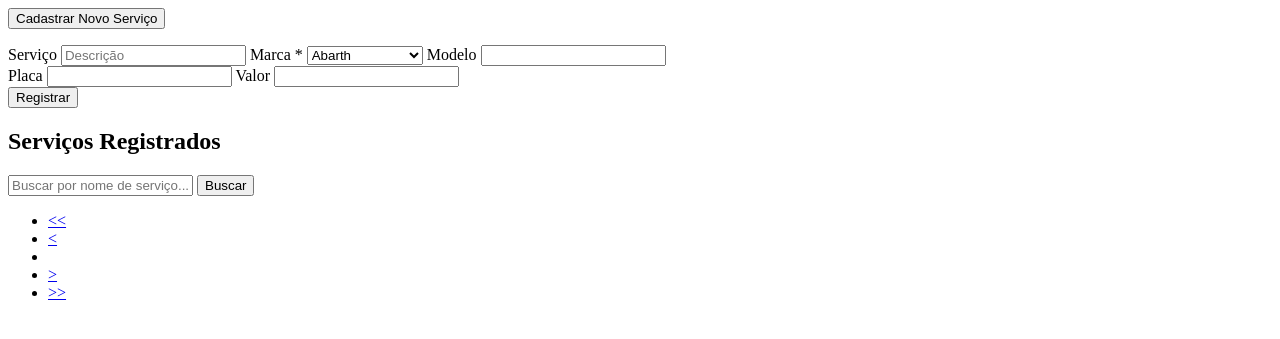
Repository: DanielGMT/AutoCenter-2.0
Page: http://localhost/Biblioteca/resources/admin/autor/content.jsp
The author's editor kept a copy of each file at every save. The page is drawn from the files as they stood at one save, then again after the next save.
The browser window is 1280 px wide. The pictures show the whole page.
The page is served by Tomcat 9. Other server files are loaded and not shown.

Above is the page before, as saved 2022-03-08 20:18:32.
Console error: ReferenceError: SENAI is not defined

### Biblioteca/WebContent/resources/admin/autor/content.jsp
<script type="text/javascript" src="autor/js/autor.js"></script>

<div id="cadastrarAutor">
	<p>
		<button class="btn btn-primary" id="downButton" type="button"
			data-toggle="collapse" data-target="#collapseExample"
			aria-expanded="false" aria-controls="collapseExample">
			Cadastrar Novo Serviço <span class="caret"></span>
		</button>
	</p>
</div>
<div class="collapse" id="collapseExample">
	<form>
		<div class="form-group">
			<label for="exampleInputEmail1">Serviço</label> <input
				class="form-control" id="inputname" placeholder="Descrição">
					<label class="control-label" for="nome">Marca *</label>
				<select class="form-control" name="marca" id="inputmarca" autocomplete="off"
				minlength="3" maxlength="25" maxlength="25">
				<option value="Abarth">Abarth</option>
				<option value="Alfa Romeo">Alfa Romeo</option>
				<option value="Alpine">Alpine</option>
				<option value="Aston Martin">Aston Martin</option>
				<option value="Audi">Audi</option>
				<option value="Bentley">Bentley</option>
				<option value="BMW">BMW</option>
				<option value="Citroën">Citroën</option>
				<option value="Chevrolet">Chevrolet</option>
				<option value="Cupra">Cupra</option>
				<option value="Dacia">Dacia</option>
				<option value="DS">DS</option>
				<option value="Ferrari">Ferrari</option>
				<option value="Fiat">Fiat</option>
				<option value="Ford">Ford</option>
				<option value="Hafei">Hafei</option>
				<option value="Honda">Honda</option>
				<option value="Hyundai">Hyundai</option>
				<option value="Jaguar">Jaguar</option>
				<option value="JEEP">JEEP</option>
				<option value="KIA">KIA</option>
				<option value="Lamborghini">Lamborghini</option>
				<option value="Land Rover">Land Rover</option>
				<option value="Lexus">Lexus</option>
				<option value="Lifan">Lifan</option>
				<option value="Maserati">Maserati</option>
				<option value="Mazda">Mazda</option>
				<option value="Mercedes-Benz">Mercedes-Benz</option>
				<option value="MG">MG</option>
				<option value="MINI">MINI</option>
				<option value="Mitsubishi">Mitsubishi</option>
				<option value="Nissan">Nissan</option>
				<option value="Opel">Opel</option>
				<option value="Peugeot">Peugeot</option>
				<option value="Porsche">Porsche</option>
				<option value="Renault">Renault</option>
				<option value="SEAT">SEAT</option>
				<option value="Skoda">Skoda</option>
				<option value="Smart">Smart</option>
				<option value="Suzuki">Suzuki</option>
				<option value="Subaru">Subaru</option>
				<option value="TESLA">TESLA</option>
				<option value="Toyota">Toyota</option>
				<option value="Volkswagen">Volkswagen</option>
				<option value="Volvo">Volvo</option>
			</select>
		<label for="exampleInputEmail1">Modelo</label> <input
				class="form-control" id="inputmodelo">
		</div>
		<label for="placa">Placa</label> <input
				class="form-control" id="inputname">
		<label for="valor">Valor</label> <input
				class="form-control" id="inputname">
		<div id="entrar">
			<button type="button" id="add-new"
				onclick="SENAI.biblioteca.cadastrarServico()" class="btn btn-primary">Registrar</button>
		</div>
	</form>
</div>
<div class="table-wrapper">
	<div class="col-md-12">
		<h2 class="pt-3 pb-4 text-center font-bold font-up deep-purple-text">Serviços
			Registrados</h2>
		<div id="divBusca">
			<input type="text" class='form-control' id="searchBar" placeholder="Buscar por nome de serviço..." />
			<button id="searchButton" OnClick="SENAI.biblioteca.buscarAutor()">Buscar</button>
		</div>
	</div>
	<div class="resultadoAutores"></div>
<ul class="pagination">
    <li class="page-item">
      <a class="first" href="#"><<</a>
    </li>
    <li class="page-item">
      <a class="prev" href="#"><</a>
    </li>
   <li class="numbers">

   </li>
    <li class="page-item">
      <a class="next" href="#">></a>
    </li>
    <li class="page-item">
      <a class="last" href="#">>></a>
    </li>
  </ul>
	<div class="clearfix">
		<div class="hint-text"></div>

	</div>
</div>
<div id="editarServico" style="display: none">
	<label>Serviço:</label> <input id="servicoEdit" class='form-control' name="servico" type="text">
	<input name="idServico" id="idAutorEdit" type="hidden">
	<label>Marca:</label> <input id="marcaEdit" class='form-control' name="marca" type="text">
	<input name="idMarca" id="idMarcaEdit" type="hidden">
	<label>Modelo:</label> <input id="modeloEdit" class='form-control' name="modelo" type="text">
	<input name="idModelo" id="idModeloEdit" type="hidden">
	<label>Placa:</label> <input id="placaEdit" class='form-control' name="placa" type="text">
	<input name="idPlaca" id="idPlacaEdit" type="hidden">
	<label>Valor:</label> <input id="valorEdit" class='form-control' name="valor" type="text">
	<input name="idValor" id="idValorEdit" type="hidden">
</div>

<div id="msg" style="display: none"></div>

### Biblioteca/WebContent/resources/admin/autor/js/autor.js
SENAI.biblioteca = new Object();

$(document)
		.ready(
				function() {
					SENAI.biblioteca.cadastrarServico = function() {

						var novoAutor = new Object();
						novoAutor.nome = $("#inputname").val();

						var cfgajax = {
							url : "../../rest/bibliotecaRest/addAutor",
							data : novoAutor,

							success : function(msg) {
								var cfg = {
									title : "Mensagem",
									height : 250,
									width : 400,
									modal : true,
									buttons : {
										"OK" : function() {
											$(this).dialog("close");
										}
									}
								};
								$("#msg").html(msg);
								$("#msg").dialog(cfg);

								SENAI.biblioteca.buscarAutor();
							},

							error : function(err) {
								alert("Erro ao cadastrar um novo autor!"
										+ err.responseText);
							}

						};

						SENAI.ajax.post(cfgajax);
					};

					SENAI.biblioteca.buscarAutor = function() {
						var valorBusca = $("#searchBar").val();
						SENAI.biblioteca.exibirAutores(undefined, valorBusca);
					};


					SENAI.biblioteca.exibirAutores = function(listaDeAutores,
							valorBusca) {
						var search = document.getElementById("searchBar");
						search.addEventListener("keyup", function(event) {
						  if (event.keyCode === 13) {
						   event.preventDefault();
						   document.getElementById("searchButton").click();
						  }
						});
						var html = "<table class='table table-bordered'>";
						html += "<tr><th>Nome</th><th id='acao'>Ações</th></tr>";
						if (listaDeAutores != undefined
								&& listaDeAutores.length > 0) {

							let perPage = 12
							const state = {
							  page: 1,
							  perPage,

							  totalPage: Math.ceil(listaDeAutores.length / perPage),
							  maxVisibleButtons: 5
							}

						 const html = {
									get(element){
										return document.querySelector(element)
									}
							}






							const controls = {
							  next(){
							    state.page++

							    const lastPage = state.page > state.totalPage
							    if(lastPage) {
							    	state.page--
							    }
							  },
							  prev(){
								  state.page--
								  if(state.page < 1){
									  state.page++
								  }
							  },
							  goTo(page){
								 state.page = +page
							   },

							  createListeners() {


								  html.get('.next').addEventListener('click', () => {
									  controls.next()
									  update()
								  })

								  html.get('.prev').addEventListener('click', () => {
									  controls.prev()
									  update()
								  })

								 html.get('.last').addEventListener('click', () => {
									  controls.goTo(state.totalPage)
									  update()
								  })

								  html.get('.first').addEventListener('click', () => {
									  controls.goTo(1)
									  update()
								  })}


							}

							var str1 = "";

							var n = "";
							var date = new Date();
							var str2 = new Date();
							var dd = String(str2.getDate()).padStart(2, '0');
							var mm = String(str2.getMonth() + 1).padStart(2, '0'); //January is 0!
							var yyyy = str2.getFullYear();

							const list = {

									create(item){

										html.get('.fleinin').innerHTML += "<tr><td>"
											+ item.nome
											+ "</td>"
											+ "<td><a class = 'edit' onclick = 'SENAI.biblioteca.editarAutor("
											+ item.id
											+ "); '>"
											+ "<i class='glyphicon glyphicon-pencil'></i></a>"
											+ "<a class = 'delete' onclick = 'SENAI.biblioteca.deletarAutor("
											+ item.id
											+ ")'>"
											+ "<i class='glyphicon glyphicon-trash'></i></a></td></tr>";


							},
							createTable(){
								const table = document.createElement('table')
								table.classList.add('table')
								table.classList.add('table-bordered')

								table.innerHTML += "<tbody class ='fleinin'><tr><th>Nome</th><th>Ações</th></tr>"
								+ "</tbody>";
								html.get('.resultadoAutores').appendChild(table);
							},
							update(){

								 html.get('.resultadoAutores').innerHTML = ""
									 list.createTable()
								let page = state.page - 1
								let start = page * state.perPage
								let end = start + state.perPage
								const paginatedItems = listaDeAutores.slice(start, end)

								paginatedItems.forEach(list.create);
							 }

					 	}

						const buttons = {
								element: html.get('.pagination .numbers'),
								create(number) {
									const button = document.createElement('a')

									button.innerHTML = number;

									if(state.page == number){
										button.classList.add('active')
									}

									button.addEventListener('click', (event) => {
										const page = event.target.innerText

										controls.goTo(page)
										update()
									})

									buttons.element.appendChild(button)
								},
								update() {
									buttons.element.innerHTML = ""
										const {maxLeft, maxRight} = buttons.calculateMaxVisible()


										for(let page = maxLeft; page<=maxRight; page++){
											buttons.create(page)
										}
								},
								calculateMaxVisible(){
									const { maxVisibleButtons } = state
									let maxLeft = (state.page - Math.floor(maxVisibleButtons / 2))
									let maxRight = (state.page + Math.floor(maxVisibleButtons / 2))
								 if(maxLeft < 1){
									 maxLeft = 1
									 maxRight = maxVisibleButtons
								 }
									if(maxRight > state.totalPage){
										maxLeft = state.totalPage - (maxVisibleButtons - 1)
										maxRight = state.totalPage

										if(maxLeft < 1){
											maxLeft = 1
										}
									}

									return {maxLeft, maxRight}
								}
						}

						function update() {
							list.update()
					 		buttons.update()
					 	}

					 	function init(){
					 		update()
					 		controls.createListeners()
					 	}

					 	init();


						} else {
							if (listaDeAutores == undefined) {
								if (valorBusca == "") {
									valorBusca = null;
								}
								var cfg = {
									type : "POST",
									url : "../../rest/bibliotecaRest/buscarAutoresPorNome/"
											+ valorBusca,
									success : function(listaDeAutores) {
										SENAI.biblioteca
												.exibirAutores(listaDeAutores);
									},
									error : function(err) {
										alert("Erro ao consultar os autores: "
												+ err.responseText);
									}
								};

								SENAI.ajax.post(cfg);
							} else {
								const html = {
										get(element){
											return document.querySelector(element)
										}
								}
								html.get('.resultadoAutores').innerHTML = "<span><label><font color='red'> Nenhum registro encontrado. </font></label></span>";

							}
						}

					};

					SENAI.biblioteca.exibirAutores(undefined, "");

					SENAI.biblioteca.deletarAutor = function(id) {
						msg = "Tem certeza que deseja excluir este autor?"
							var cfg = {
									title : "Mensagem",
									height : 250,
									width : 400,
									modal : true,
									buttons : {
										"Não" : function() {
											$(this).dialog("close");
										},
										"Sim" : function(){
											var cfg = {
												type : "POST",
												url : "../../rest/bibliotecaRest/deletarAutor/"
														+ id,
												success : function(msg) {
													var qtLinhas = $("#resultadoAutores tr").length;
													$(this).parents("tr").remove();
													$("#add-new").removeAttr("disabled");
													var cfg = {
														title : "Mensagem",
														height : 250,
														width : 400,
														modal : true,
														buttons : {
															"OK" : function() {
																$(this).dialog("close");
															}
														}
													};

													$("#msg").html(msg);
													$("#msg").dialog(cfg);

													SENAI.biblioteca.buscarAutor();
												},
												error : function(err) {
													alert("Erro: "
															+ err.responseText);
												}
											};
											SENAI.ajax.post(cfg);
										}
									}
								};
						$("#msg").html(msg);
						$("#msg").dialog(cfg);
					}

					SENAI.biblioteca.editarAutor = function(id) {
						var cfg = {
							type : "POST",
							url : "../../rest/bibliotecaRest/buscarAutorPeloId/"
									+ id,
							success : function(autor) {
								$("#nomeEdit").val(autor.nome);
								$("#idAutorEdit").val(autor.id);
								SENAI.biblioteca.exibirEdicao(autor);
							},
							error : function(err) {
								alert("Erro ao editar o autor!"
										+ err.responseText);
							}
						};
						SENAI.ajax.post(cfg);
					};


					SENAI.biblioteca.exibirEdicao = function(autor) {
						var cfg = {
							title : "Editar Autor",
							height : 180,
							width : 550,
							modal : true,
							buttons : {
								"Cancelar" : function() {
									$(this).dialog("close");
								},

								"Salvar" : function() {
									var dialog = this;
									var autor = new Object();
									autor.id = $("#idAutorEdit").val();
									autor.nome = $("#nomeEdit").val();

									var cfg = {
										type : "POST",
										url : "../../rest/bibliotecaRest/editarAutor",
										data : autor,

										success : function(msg) {
											$(dialog).dialog("close");
											var cfg = {
												title : "Mensagem",
												height : 250,
												width : 400,
												modal : true,
												buttons : {
													"OK" : function() {
														$(this).dialog("close");
													}
												}
											};
											$("#msg").html(msg);
											$("#msg").dialog(cfg);

											SENAI.biblioteca.buscarAutor();
										},
										error : function(err) {
											alert("Erro ao editar o autor "+ err.responseText);
										}
									};

									SENAI.ajax.post(cfg);
								}
							},
							close : function() {
							}
						};
						$("#editarAutor").dialog(cfg);
					};


				});

After the next save:
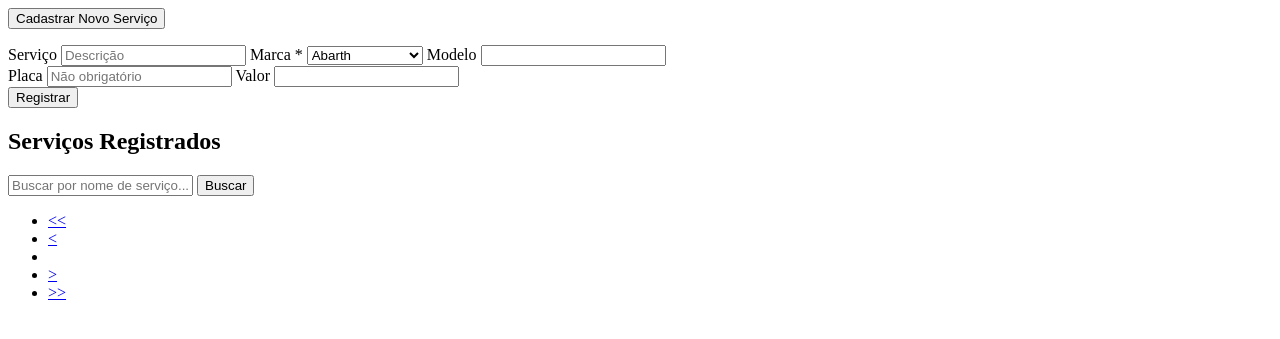
Saved 86 s later.
--- a/Biblioteca/WebContent/resources/admin/autor/content.jsp
+++ b/Biblioteca/WebContent/resources/admin/autor/content.jsp
@@ -67,7 +67,7 @@
 				class="form-control" id="inputmodelo">
 		</div>
 		<label for="placa">Placa</label> <input
-				class="form-control" id="inputname">
+				class="form-control" id="inputname" placeholder="Não obrigatório">
 		<label for="valor">Valor</label> <input
 				class="form-control" id="inputname">
 		<div id="entrar">
